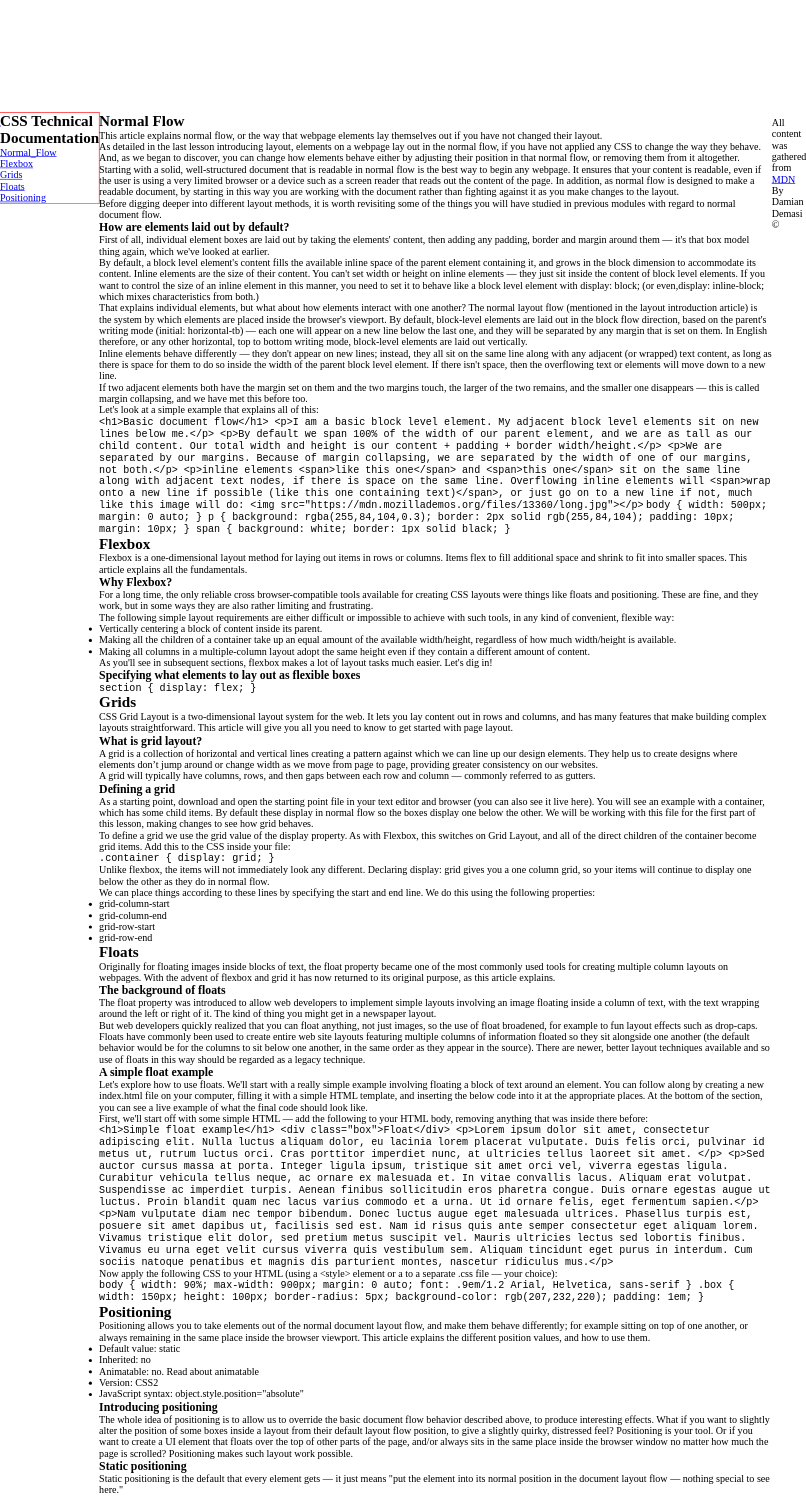
Repository: Colo-Codes/freecodecamp-04-Technical-Documentation-Page
Page: index.html
These files come from the project's save history. The page is drawn as it stood at one moment and after the next save; the edit follows.
The browser window is 1280 px wide. The pictures show the whole page, at 63% of full size.

Above is the page before, as saved 2021-05-21 11:42:35.

After the next save:
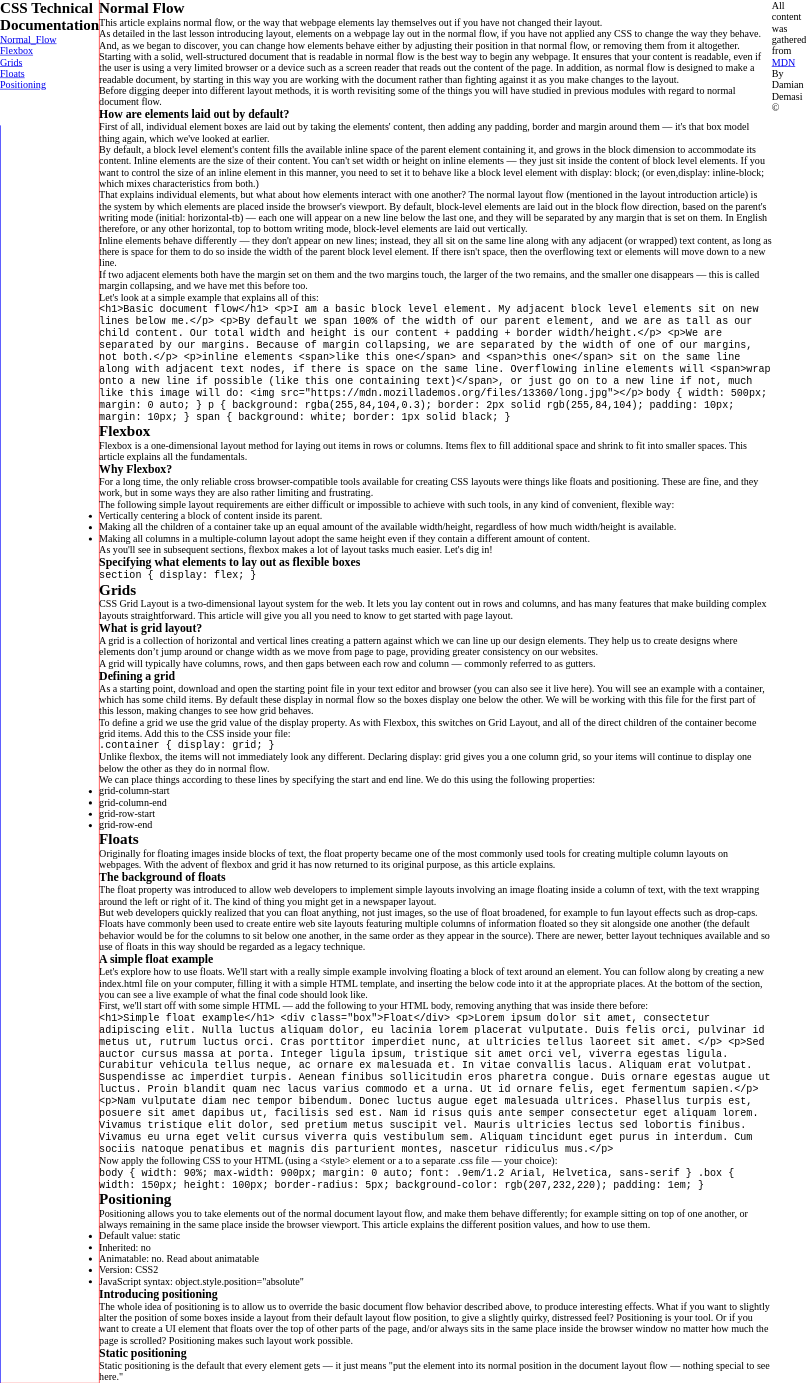
Saved 23 s later.
--- a/resources/css/index.css
+++ b/resources/css/index.css
@@ -17,7 +17,7 @@ body {
     display: flex;
     /* flex-flow: wrap; */
     /* align-items: flex-start; */
-    align-items: baseline;
+    /* align-items: baseline; */
 }
 #navbar-margin {
     margin-top: 200px;
